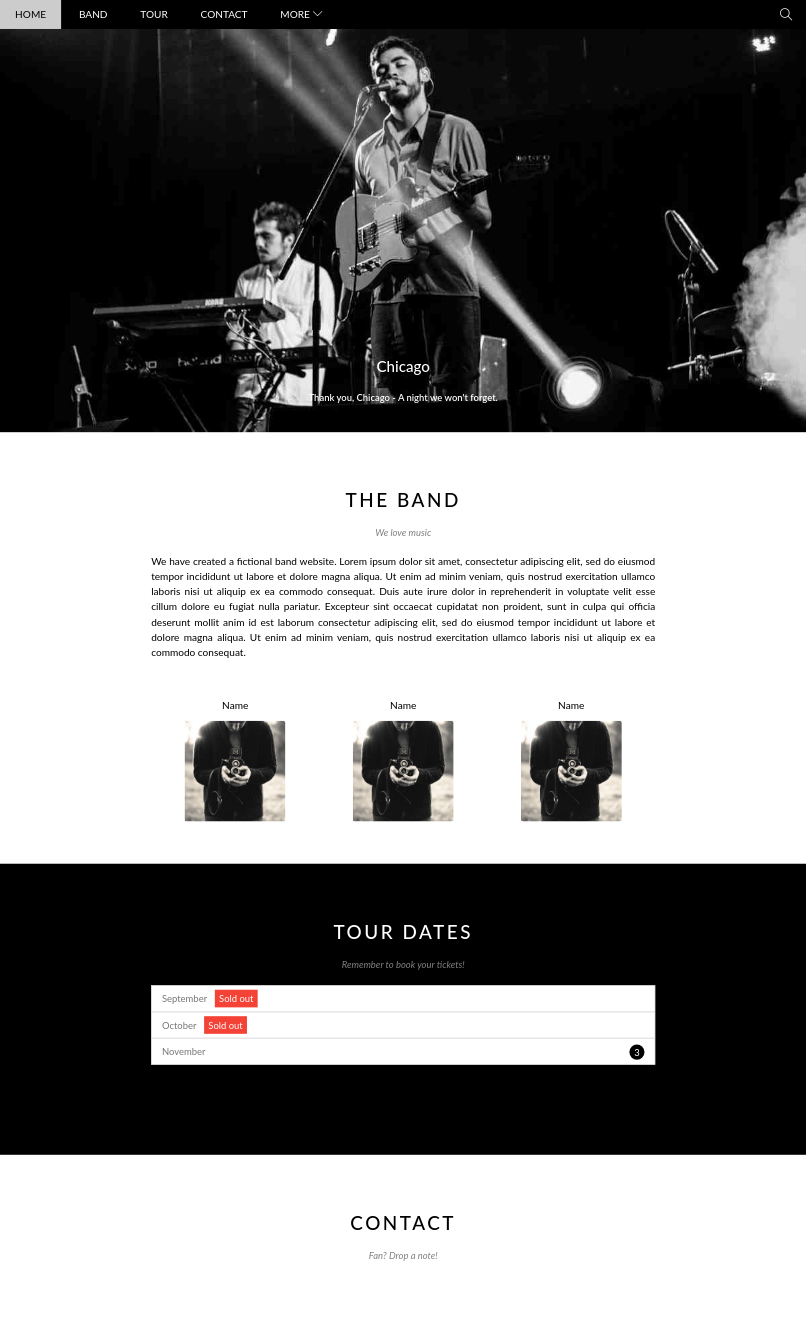
Repository: tatvanhco/web-dau-tay
Page: index.html
The author's editor kept a copy of each file at every save. The page is drawn from the files as they stood at one save, then again after the next save.
The browser window is 1280 px wide. The pictures show the whole page, at 63% of full size.

Above is the page before, as saved 2022-01-23 19:54:15.

After the next save:
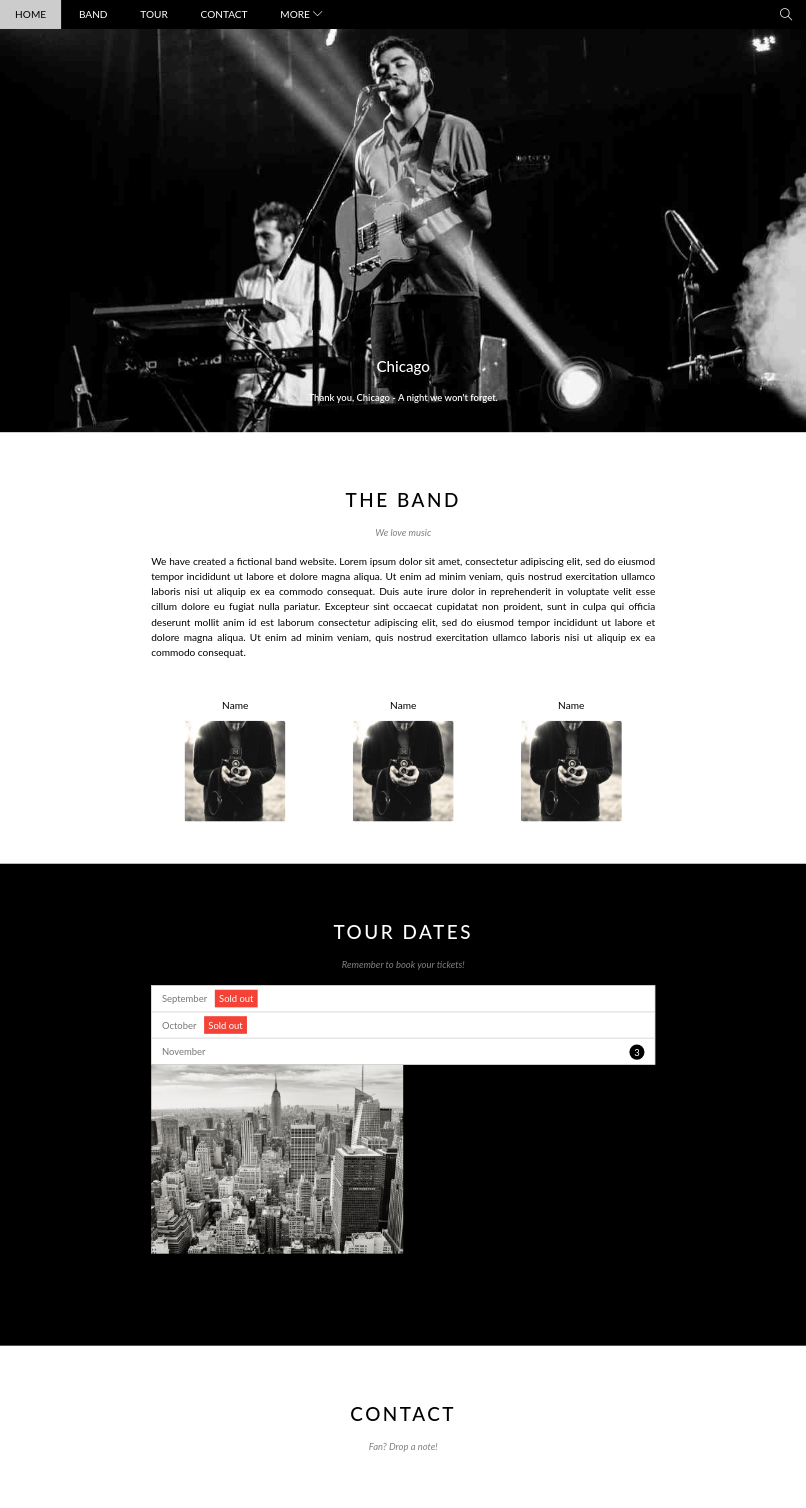
Saved 2 min 54 s later.
--- a/index.html
+++ b/index.html
@@ -76,11 +76,14 @@
                         <li>October<span class="soldout">Sold out</span></li>
                         <li>November<span class="quatity">3</span></li>
                     </ul>
-                    <div class="tour-place">
-                        <h3>New York</h3>
-                        <p>Fri 27 Nov 2016</p>
-                        <p>Praesent tincidunt sed tellus ut rutrum sed vitae justo.</p>
-                        <a>Buy Tickets</a>
+                    <div class="place-list">
+                        <img src="./assets/img/places/place1.jpg">
+                        <div class="place-item">
+                            <h3>New York</h3>
+                            <p>Fri 27 Nov 2016</p>
+                            <p>Praesent tincidunt sed tellus ut rutrum sed vitae justo.</p>
+                            <a>Buy Tickets</a>
+                        </div>
                     </div>
                 </div>
                 <div class="clear"></div>
